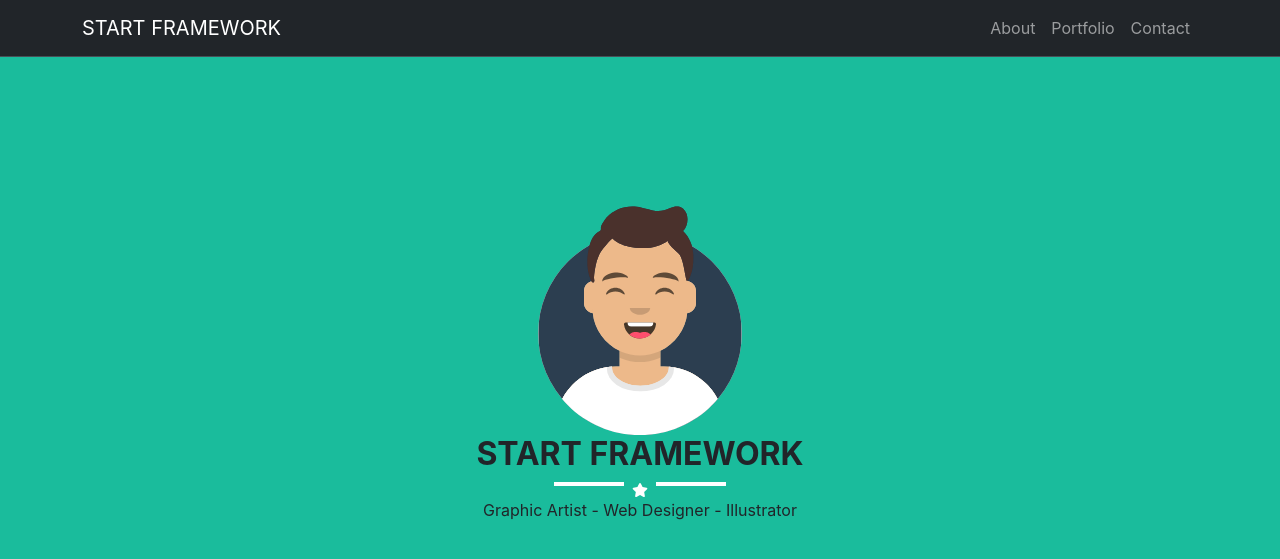
Repository: YomnaWegdan/startFramework
Page: /
These files come from the project's save history. The page is drawn as it stood at one moment and after the next save; the edit follows.
The browser window is 1280 px wide. The pictures show the whole page.
The project was rebuilt for these pictures with package versions that can differ from the ones it lists, and the page was loaded fresh each time. Also part of the build but not shown: src/Components/About.jsx, src/Components/Contact.jsx, src/Components/Error.jsx.

Above is the page before, as saved 2024-02-04 22:06:48.

### src/index.js
import React from 'react';
import ReactDOM from 'react-dom/client';
import 'bootstrap/dist/css/bootstrap.min.css'
import 'bootstrap/dist/js/bootstrap.bundle.min.js'

import './index.css';
import App from './App';
import reportWebVitals from './reportWebVitals';

const root = ReactDOM.createRoot(document.getElementById('root'));
root.render(
  <React.StrictMode>
    <App />
  </React.StrictMode>
);

// If you want to start measuring performance in your app, pass a function
// to log results (for example: reportWebVitals(console.log))
// or send to an analytics endpoint. Learn more: https://bit.ly/CRA-vitals
reportWebVitals();

### src/index.css
body {
  margin: 0;
  font-family: -apple-system, BlinkMacSystemFont, 'Segoe UI', 'Roboto', 'Oxygen',
    'Ubuntu', 'Cantarell', 'Fira Sans', 'Droid Sans', 'Helvetica Neue',
    sans-serif;
  -webkit-font-smoothing: antialiased;
  -moz-osx-font-smoothing: grayscale;
}

code {
  font-family: source-code-pro, Menlo, Monaco, Consolas, 'Courier New',
    monospace;
}
.w-20{
  width: 20%;
}
.home{
  background-color: #1ABC9C;
}
.line{
  background-color: white;
  width: 70px;
  height: 4px;
}

### src/App.js
import { RouterProvider, createBrowserRouter } from 'react-router-dom';
import './App.css';
import Layout from './Components/Layout';
import Home from './Components/Home';
import About from './Components/About';
import Contact from './Components/Contact';
import Error from './Components/Error';

function App() {

  let routes = createBrowserRouter([{
    path:'', element:<Layout/> , children:[
      {index:true , element:<Home/>},
      {path:'/about' , element:<About/>},
      {path:'/contact' , element:<Contact/>},
      {path:'*' , element:<Error/>},




    ]
  }])
  return (
    <div className="App">
    <RouterProvider router={routes}></RouterProvider>
    </div>
  );
}

export default App;

### src/Components/Layout.jsx
import React from 'react'
import Navbar from './Navbar'
import { Outlet } from 'react-router-dom'
import Footer from './Footer'

export default function Layout() {
  return (
    <div>
      <Navbar/>
      <Outlet></Outlet>
      <Footer/>
    </div>
  )
}

### src/Components/Home.jsx
import React, { Fragment } from 'react'
import img from '../images/avataaars.svg';
import { FaStar } from "react-icons/fa6";

export default function Home() {
  return (
    <Fragment>
      <section className='home vh-100'>
        <div className='container h-100'>
            <div className='row align-items-center justify-content-center h-100'>
                <div className='col-md-12'>
                <img src={img} className='w-20' alt='img'/>
                <h2 className='fw-bold'>START FRAMEWORK</h2>
                <div className='d-flex justify-content-center'>
                    <div className='line'></div>
                    <FaStar className=' mx-2 text-white'/>
                    <div className='line'></div>
                </div>
                <div>Graphic Artist - Web Designer - Illustrator</div>



                </div>
            </div>
        </div>

      </section>
    </Fragment>
  )
}

### src/Components/Navbar.jsx
import React from "react";
import { NavLink } from "react-router-dom";

export default function Navbar() {
  return (
    <>
      <nav
        className="navbar navbar-expand-lg bg-dark border-bottom border-body fixed-top"
        data-bs-theme="dark"
      >
        <div className="container">
          <NavLink className="navbar-brand" to="/">
            START FRAMEWORK
          </NavLink>
          <button
            className="navbar-toggler"
            type="button"
            data-bs-toggle="collapse"
            data-bs-target="#navbarSupportedContent"
            aria-controls="navbarSupportedContent"
            aria-expanded="false"
            aria-label="Toggle navigation"
          >
            <span className="navbar-toggler-icon"></span>
          </button>
          <div className="collapse navbar-collapse" id="navbarSupportedContent">
            <ul className="navbar-nav ms-auto mb-2 mb-lg-0">
              <li className="nav-item">
                <NavLink className="nav-link" to="/about">
                  About
                </NavLink>
              </li>
              <li className="nav-item">
                <NavLink className="nav-link" to="/portfolio">
                  Portfolio
                </NavLink>
              </li>
              <li className="nav-item">
                <NavLink className="nav-link" to="/Contact">
                  Contact
                </NavLink>
              </li>
            </ul>
          </div>
        </div>
      </nav>
    </>
  );
}

Loaded but not shown: public/index.html (common file); src/reportWebVitals.js (common file); src/App.css (common file); src/Components/Footer.jsx (common file)

After the next save:
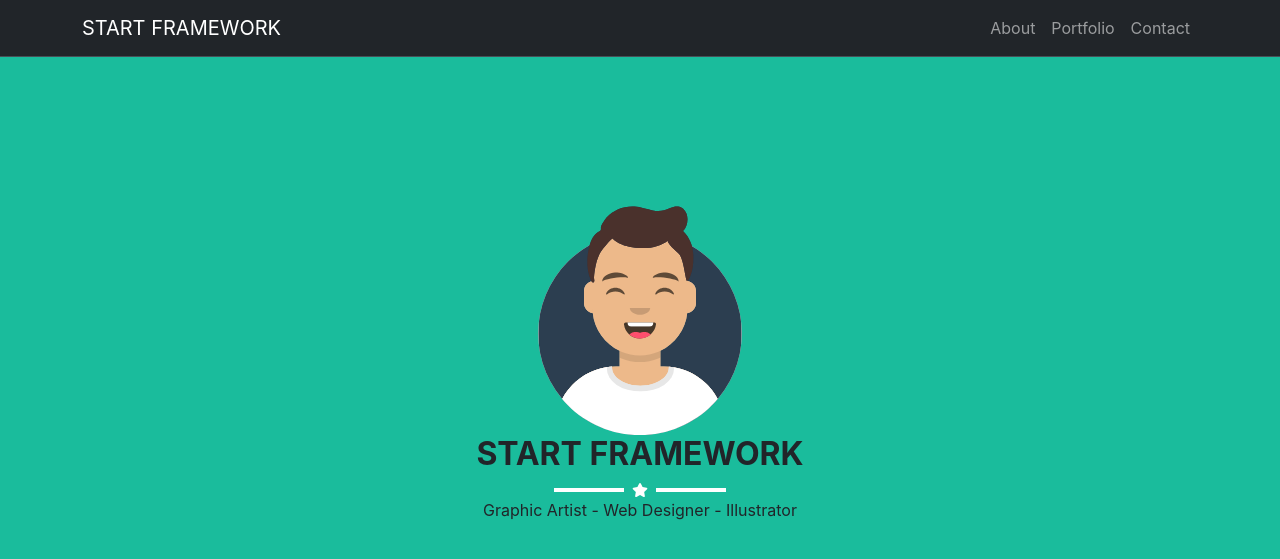
Saved 26 s later.
--- a/src/Components/Home.jsx
+++ b/src/Components/Home.jsx
@@ -11,7 +11,7 @@ export default function Home() {
                 <div className='col-md-12'>
                 <img src={img} className='w-20' alt='img'/>
                 <h2 className='fw-bold'>START FRAMEWORK</h2>
-                <div className='d-flex justify-content-center'>
+                <div className='d-flex justify-content-center align-items-center'>
                     <div className='line'></div>
                     <FaStar className=' mx-2 text-white'/>
                     <div className='line'></div>
